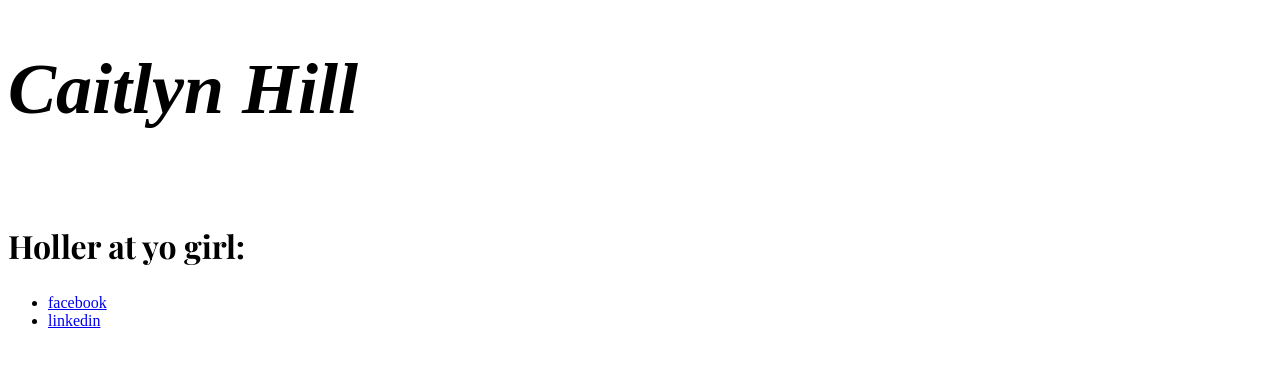
Repository: hillgang/hillgang.github.io
Page: index.html
These files come from the project's save history. The page is drawn as it stood at one moment and after the next save; the edit follows.
The browser window is 1280 px wide. The pictures show the whole page.
Some web fonts or font styles are not loaded; a fallback is used.

Above is the page before, as saved 2019-07-31 23:23:42.

After the next save:
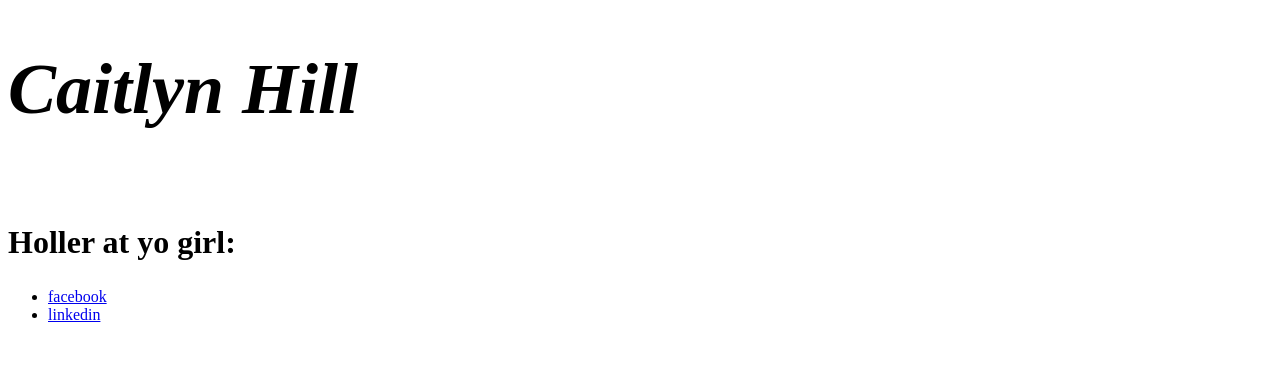
Saved 9 s later.
--- a/index.html
+++ b/index.html
@@ -7,17 +7,17 @@
     <title>Caitlyn Hill Website</title>
     <link href="https://fonts.googleapis.com/css?family=Alice|Playfair+Display:400,400i,700,700i&display=swap" rel="stylesheet">
     <style>
-        h1, h2{
+        h1,{
             font-family: 'Playfair Display', serif;
             font-weight: 700;
 
         }
         h1 {
-            font-family: 'Alice', serif;
             font-size: 72px;
             font-style: italic;
         }
         h2  {
+            font-family: 'Alice', serif;
             font-size: 32px;
         }
         p, a, li {
